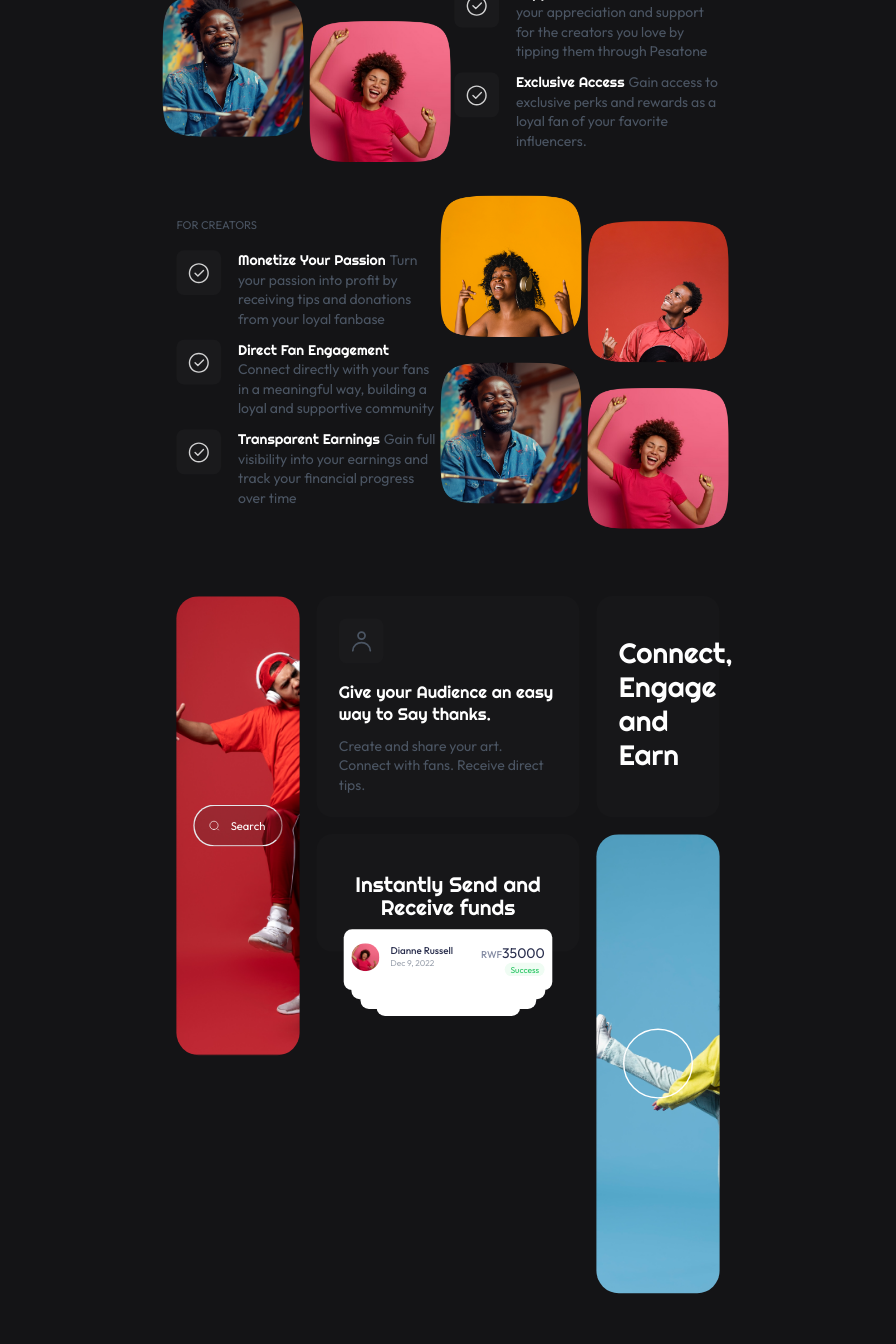
Repository: felixdusengimana/capstone-project-mirror
Page: / (app in frontend/)
An editor plug-in stored every save of this project. The page is shown before and after the next save, followed by the edit.
The browser window is 1280 px wide. The pictures show the part of the page from y = 2169 to 4089 px (the page is 4089 px tall), at 70% of full size.
The project was rebuilt for these pictures with package versions that can differ from the ones it lists, and the page was loaded fresh each time. The framework's server and built-in components were replaced by stand-ins that run in the browser. Also part of the build but not shown: frontend/next.config.mjs.

Above is the page before, as saved 2024-03-11 17:23:23.

After the next save:
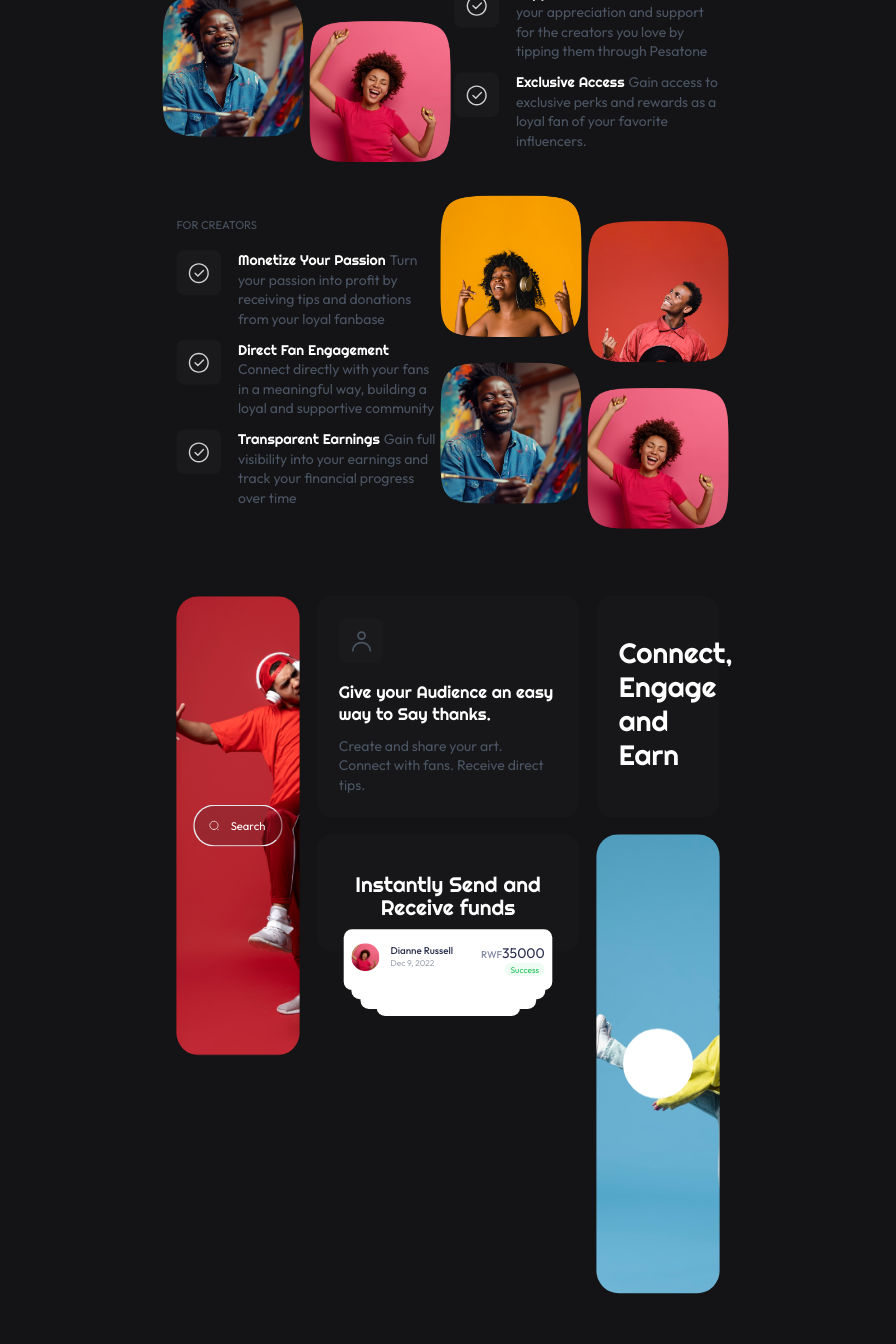
Saved 49 s later.
--- a/frontend/app/page.tsx
+++ b/frontend/app/page.tsx
@@ -233,7 +233,7 @@ export default function page() {
           </div>
 
           <div className="bg-[url('/sent-bg.png')] bg-cover bg-no-repeat row-span-2 bg-transparent rounded-[32px] px-6 flex items-center justify-center">
-            <button className="border-2 border-white w-[100px] h-[100px] rounded-full flex items-center justify-center"></button>
+            <button className="border-2 border-white w-[100px] h-[100px] rounded-full flex items-center justify-center bg-white backdrop-blur-3xl"></button>
           </div>
         </div>
       </section>
